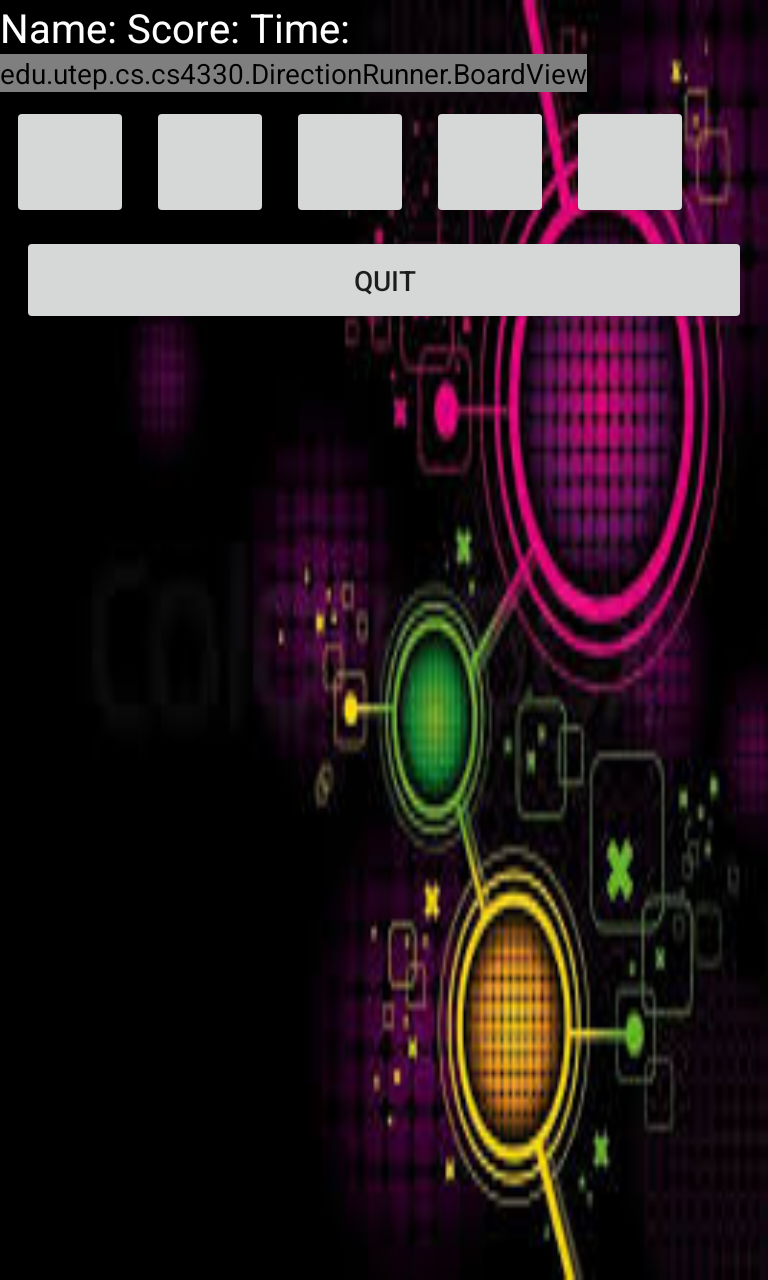
Repository: RedJaVa68/DirectionRunner
Layout: DirectionRunner/res/layout/game_activity.xml
The author's editor kept a copy of each file at every save. The layout is drawn from the files as they stood at one save, then again after the next save.
Pictures or frames that could not be fetched are drawn as grey boxes. It is drawn on a 768 x 1280 px phone screen (xhdpi) without system bars, with theme AppTheme; the app's code is not run.

Above is the layout before, as saved 2015-05-07 00:36:59.

### DirectionRunner/res/layout/game_activity.xml
<?xml version="1.0" encoding="utf-8"?>
<ScrollView
    android:layout_width="match_parent"
    android:layout_height="match_parent"
    android:fillViewport="true"
    xmlns:android="http://schemas.android.com/apk/res/android">
<LinearLayout
    android:layout_width="fill_parent"
    android:layout_height="wrap_content"
    android:orientation="vertical"
    android:weightSum="3"
    android:background="@drawable/bg">
    <LinearLayout
        android:layout_width="wrap_content"
        android:layout_height="wrap_content"
        android:orientation="horizontal">
        <TextView
            android:id="@+id/nameText"
            android:layout_width="wrap_content"
            android:layout_height="wrap_content"
            android:text="Name: "
            android:textSize="20sp"
            android:textColor="#ffffff"/>"
        <TextView
            android:id="@+id/scoreText"
            android:layout_width="wrap_content"
            android:layout_height="wrap_content"
            android:text="Score: "
            android:textSize="20sp"
            android:textColor="#ffffff"/>
        <TextView
            android:id="@+id/clock"
            android:layout_width="wrap_content"
            android:layout_height="wrap_content"
            android:text="Time: "
            android:textSize="20sp"
            android:textColor="#ffffff"/>

    </LinearLayout>
    <edu.utep.cs.cs4330.DirectionRunner.BoardView
        android:id="@+id/boardView"
        android:layout_width="wrap_content"
        android:layout_height="wrap_content"/>
    <LinearLayout
        android:layout_width="wrap_content"
        android:layout_height="wrap_content"
        android:orientation="horizontal">
        <Button
        	android:id="@+id/button1"
        	android:layout_width="60dp"
        	android:layout_height="60dp"
        	android:layout_margin="5dp"
        	android:onClick="button1"/>
        <Button
            android:id="@+id/button2"
            android:layout_width="60dp"
            android:layout_height="60dp"
            android:layout_margin="5dp"
            android:onClick="button2"/>
        <Button
        	android:id="@+id/button3"
        	android:layout_width="60dp"
        	android:layout_height="60dp"
        	android:layout_margin="5dp"
        	android:onClick="button3"/>
        <Button
            android:id="@+id/button4"
            android:layout_width="60dp"
            android:layout_height="60dp"
            android:layout_margin="5dp"
            android:onClick="button4"/>
        <Button
        	android:id="@+id/button5"
        	android:layout_width="60dp"
        	android:layout_height="60dp"
        	android:layout_margin="5dp"
        	android:onClick="button5"/>
    </LinearLayout>
    <Button
        android:id="@+id/quit"
        android:layout_width="fill_parent"
        android:layout_height="wrap_content"
        android:layout_marginLeft="10dp"
        android:layout_marginRight="10dp"
        android:text="Quit"
        android:onClick="quit"/>
</LinearLayout>
</ScrollView>

Loaded but not shown: DirectionRunner/res/values/styles.xml (common file); DirectionRunner/res/values-v11/styles.xml (common file); DirectionRunner/res/values-v14/styles.xml (common file)

After the next save:
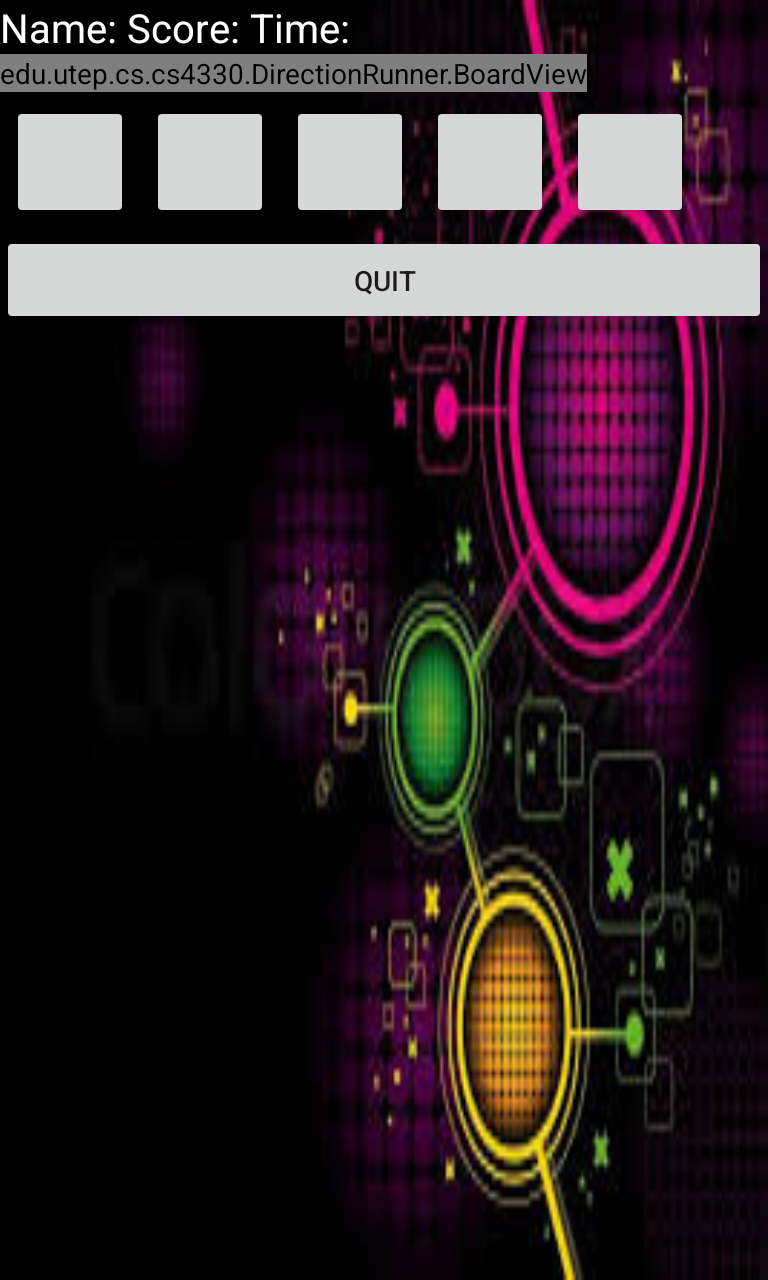
Saved 31 s later.
--- a/DirectionRunner/res/layout/game_activity.xml
+++ b/DirectionRunner/res/layout/game_activity.xml
@@ -80,8 +80,6 @@
         android:id="@+id/quit"
         android:layout_width="fill_parent"
         android:layout_height="wrap_content"
-        android:layout_marginLeft="10dp"
-        android:layout_marginRight="10dp"
         android:text="Quit"
         android:onClick="quit"/>
 </LinearLayout>
